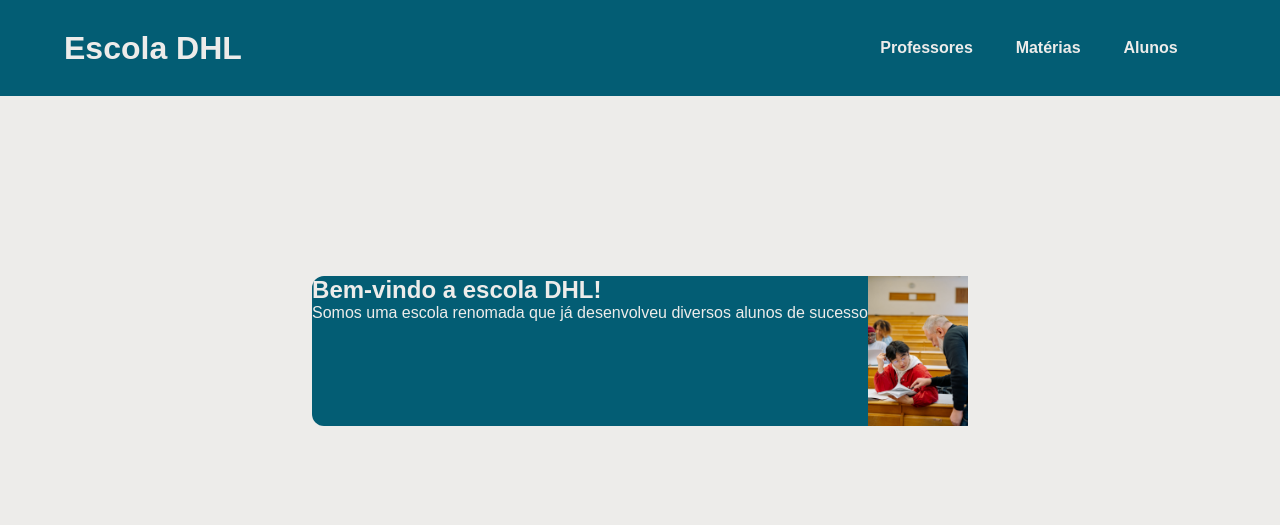
Repository: SirHick/sa-sistema-escola-DHL
Page: front/index.html
The author's editor kept a copy of each file at every save. The page is drawn from the files as they stood at one save, then again after the next save.
The browser window is 1280 px wide. The pictures show the whole page.

Above is the page before, as saved 2026-07-17 15:52:57.

### front/index.html
<!DOCTYPE html>
<html lang="pt-br">
<head>
    <meta charset="UTF-8">
    <meta name="viewport" content="width=device-width, initial-scale=1.0">
    <title>Escola SA</title>
    <link rel="stylesheet" href="style.css">
</head>
<body>
    <header>

        <h1>Escola DHL</h1>

        <nav>
            <a href="">Professores</a>
            <a href="">Matérias</a>
            <a href="">Alunos</a>
        </nav>
    </header>

    <main class = "hero-section">
        <section class = "main-text-hero-section">
            <h2>Bem-vindo a escola DHL!</h2>

            <p>Somos uma escola renomada que já
                desenvolveu diversos alunos de sucesso</p>
        </section>

        <img src="images/student-and-teacher.jpg" alt="A student receiving help from his teacher">
    </main>


    <script src="script.js"></script>
</body>
</html>

### front/style.css
*{
    margin: 0;
    padding: 0;
    box-sizing: border-box;
    object-fit: cover;
    font-family: 'Nunito', sans-serif;
}

img{
    width: 100px;
}

body{
    background: #EDECEA;

}

.landing-page{
    display: flex;
}


header{
    background: #035D74;
    width: 100vw;
    height: 6rem;
    max-height: 8rem;
    display: grid;
    grid-template-columns: 1fr 1fr;
    align-items: center;
    padding-left: 5vw;
    padding-right: 5vw;
}

header h1{
    color: #EDECEA;
}

header nav{
    justify-self: end;

}

header nav a{
    text-decoration: none;
    color: #EDECEA;
    font-weight: 700;
    margin-right: 3vw;
}

.hero-section{
    justify-self: center;
    background-color: #035D74;
    margin-top: 25vh;
    display: flex;
    color: #EDECEA;
    border-radius:12px;
    padding: ;
}

Loaded but not shown: front/script.js (no stored copy; drawn as an empty file)

After the next save:
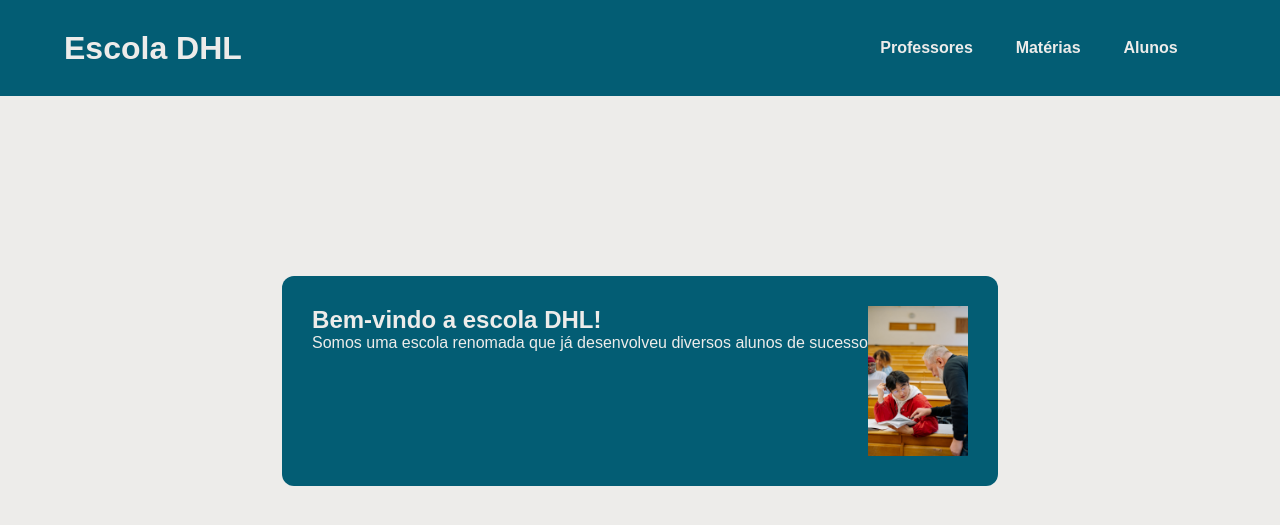
Saved 10 s later.
--- a/front/style.css
+++ b/front/style.css
@@ -55,5 +55,5 @@ header nav a{
     display: flex;
     color: #EDECEA;
     border-radius:12px;
-    padding: ;
+    padding: 30px;
 }
